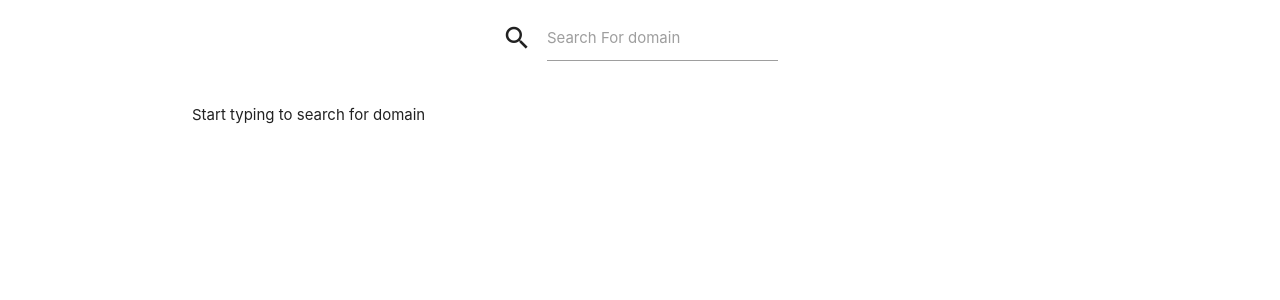
Repository: habib-urrehmaan/domain-name-searcher
Page: / (app in client/)
These files come from the project's save history. The page is drawn as it stood at one moment and after the next save; the edit follows.
The browser window is 1280 px wide. The pictures show the whole page.
The project was rebuilt for these pictures with package versions that can differ from the ones it lists, and the page was loaded fresh each time.

Above is the page before, as saved 2020-04-17 18:06:20.

After the next save:
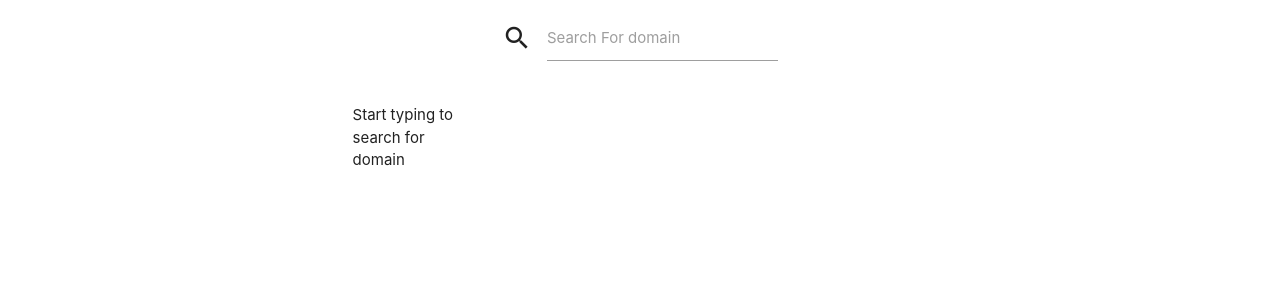
Saved 12 s later.
--- a/client/src/Output.js
+++ b/client/src/Output.js
@@ -8,7 +8,7 @@ export default function Output(props) {
         <div className="row">
         {(data)?(<div className="col offset-s2 s2">{(data.available)?(<div><span>Congratulations! This domain is available</span><br/>
             <span><b>Price:</b>{data.price}{data.currency}</span></div>):(data.code)?(<div>{data.message}</div>):(<span>Sorry this domain is not Available</span>)}</div>)
-            :(<div>Start typing to search for domain</div>)}
+            :(<div className="col offset-s2 s2">Start typing to search for domain</div>)}
 
 
         </div>
